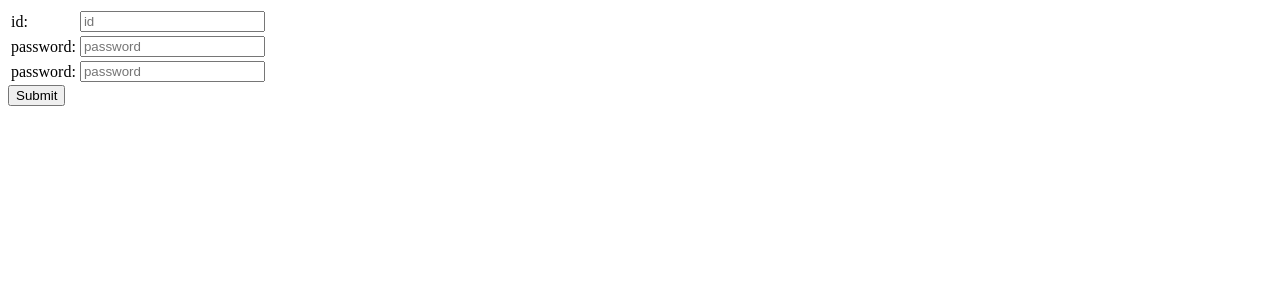
Repository: moshe31sh/Java_ee_final_project_todo_list
Page: http://localhost/Toto_list_final_project/addtask.jsp
The author's editor kept a copy of each file at every save. The page is drawn from the files as they stood at one save, then again after the next save.
The browser window is 1280 px wide. The pictures show the whole page.
The page is served by Tomcat 9.

Above is the page before, as saved 2015-12-10 21:15:39.

After the next save:
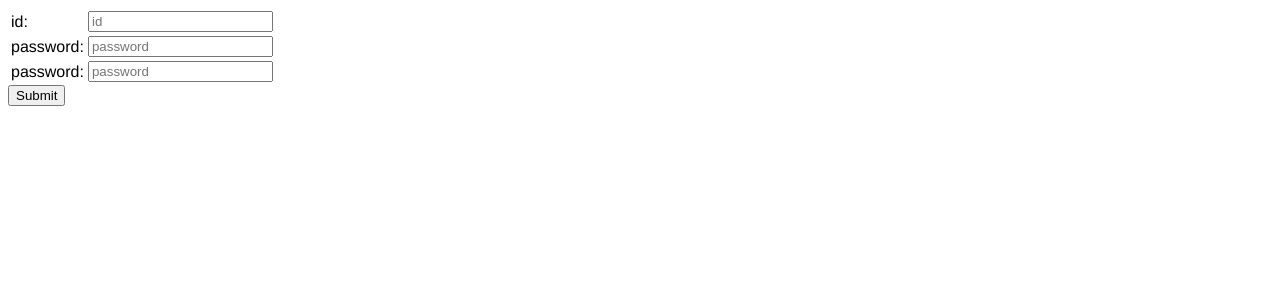
Saved 53 s later.
--- a/Toto_list_final_project/WebContent/addtask.jsp
+++ b/Toto_list_final_project/WebContent/addtask.jsp
@@ -3,7 +3,9 @@
 <!DOCTYPE html PUBLIC "-//W3C//DTD HTML 4.01 Transitional//EN" "http://www.w3.org/TR/html4/loose.dtd">
 <html>
 <head>
-<head>
+<meta http-equiv="Content-Type" content="text/html/; charset=ISO-8859-1">
+<link rel="stylesheet" type="text/css" href="./CSS/add_task_style.css">
+
 <title>Add new task</title>
 <%-- <jsp:include page="usermenu.jsp"/>
  --%></head>
